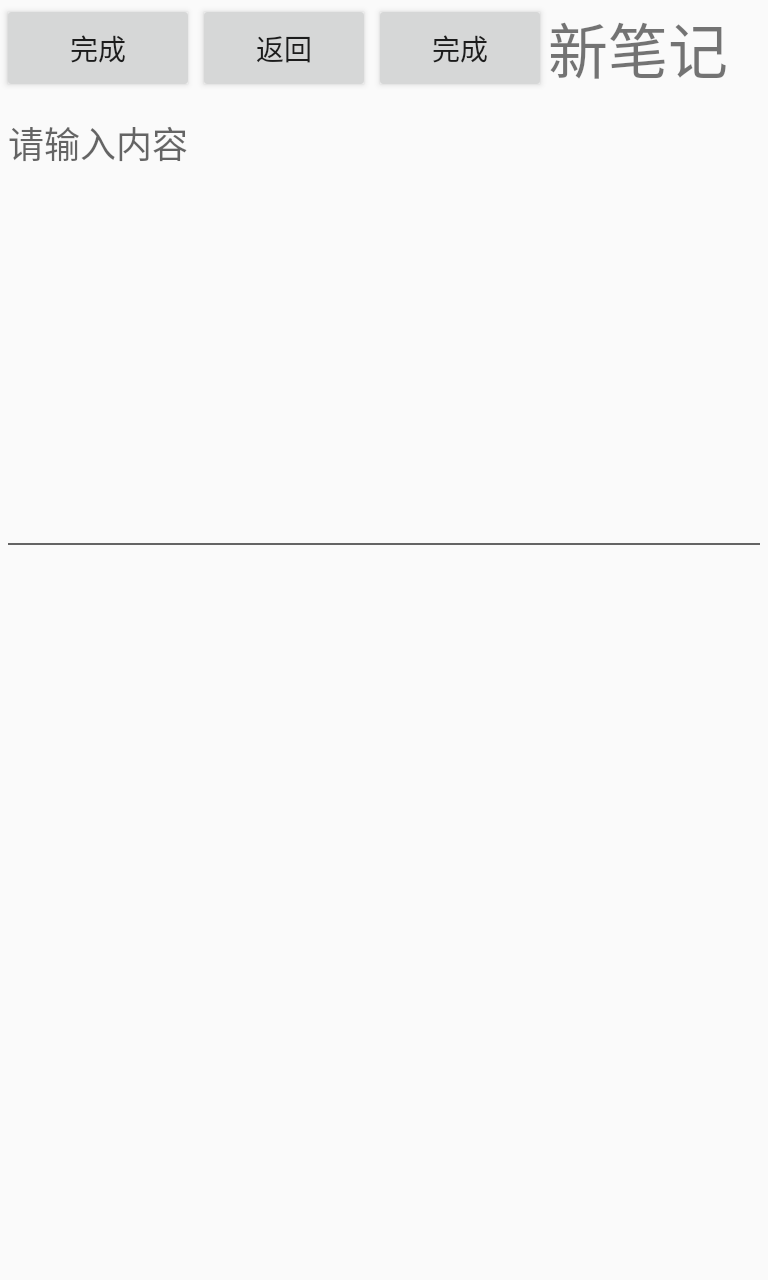
Repository: mxfpaul/Test
Layout: Note/MyNote2/res/layout/newnote.xml
These files come from the project's save history. The layout is drawn as it stood at one moment and after the next save; the edit follows.
It is drawn on a 768 x 1280 px phone screen (xhdpi) without system bars, with theme AppTheme; the app's code is not run.

Above is the layout before, as saved 2014-11-22 03:03:49.

### Note/MyNote2/res/layout/newnote.xml
<?xml version="1.0" encoding="utf-8"?>
<TableLayout xmlns:android="http://schemas.android.com/apk/res/android"
    android:layout_width="match_parent"
    android:layout_height="wrap_content"
    android:orientation="vertical" >

    <TableRow
        android:id="@+id/new_row1"
        android:layout_width="match_parent"
        android:layout_height="wrap_content"
         >

        <Button
            android:id="@+id/new_button_new"
            android:text="@string/new_button_text2" />
        <Button
            android:id="@+id/new_button_setting"
            android:text="@string/new_button_text1" />



        <Button
            android:id="@+id/new_button_new"
            android:text="@string/new_button_text2" />

        <TextView
            android:id="@+id/new_textview_all"
            android:layout_width="wrap_content"
            android:layout_gravity="center"
            android:text="@string/new_textview_text"
            android:textSize="30sp" />
		<!--
        <TextView
            android:id="@+id/new_textview_all"
            android:layout_gravity="center"

            android:text="@string/new_textview_text"
            android:textSize="30sp" />

        <Button
            android:id="@+id/new_button_new"

            android:text="@string/new_button_text2" />
            -->
    </TableRow>

    <TableRow
        android:id="@+id/new_row2"
        android:layout_width="match_parent" >

        <EditText
            android:id="@+id/new_edittext_content"
            android:layout_width="match_parent"
            android:layout_height="wrap_content"
            android:layout_weight="1"
            android:gravity="top"
            android:hint="@string/new_edittext_text"
            android:lines="10" />
    </TableRow>

</TableLayout>

### Note/MyNote2/res/values/strings.xml
<?xml version="1.0" encoding="utf-8"?>
<resources>

    <string name="app_name">MyNote2</string>
    <string name="hello_world">Hello world!</string>
    <string name="action_settings">Settings</string>
    <string name="home_button_text1">设置</string>
    <string name="home_button_text2">新建</string>
    <string name="home_textview_text">全部笔记</string>
    <string name="new_button_text1">返回</string>
    <string name="new_button_text2">完成</string>
    <string name="new_textview_text">新笔记</string>
    <string name="view_button_text1">返回</string>
    <string name="view_button_text2">更改</string>
    <string name="view_textview_text">待录入</string>
    <string name="new_edittext_text">请输入内容</string>

</resources>

Loaded but not shown: Note/MyNote2/res/values/styles.xml (common file); Note/MyNote2/res/values-v11/styles.xml (common file); Note/MyNote2/res/values-v14/styles.xml (common file)

After the next save:
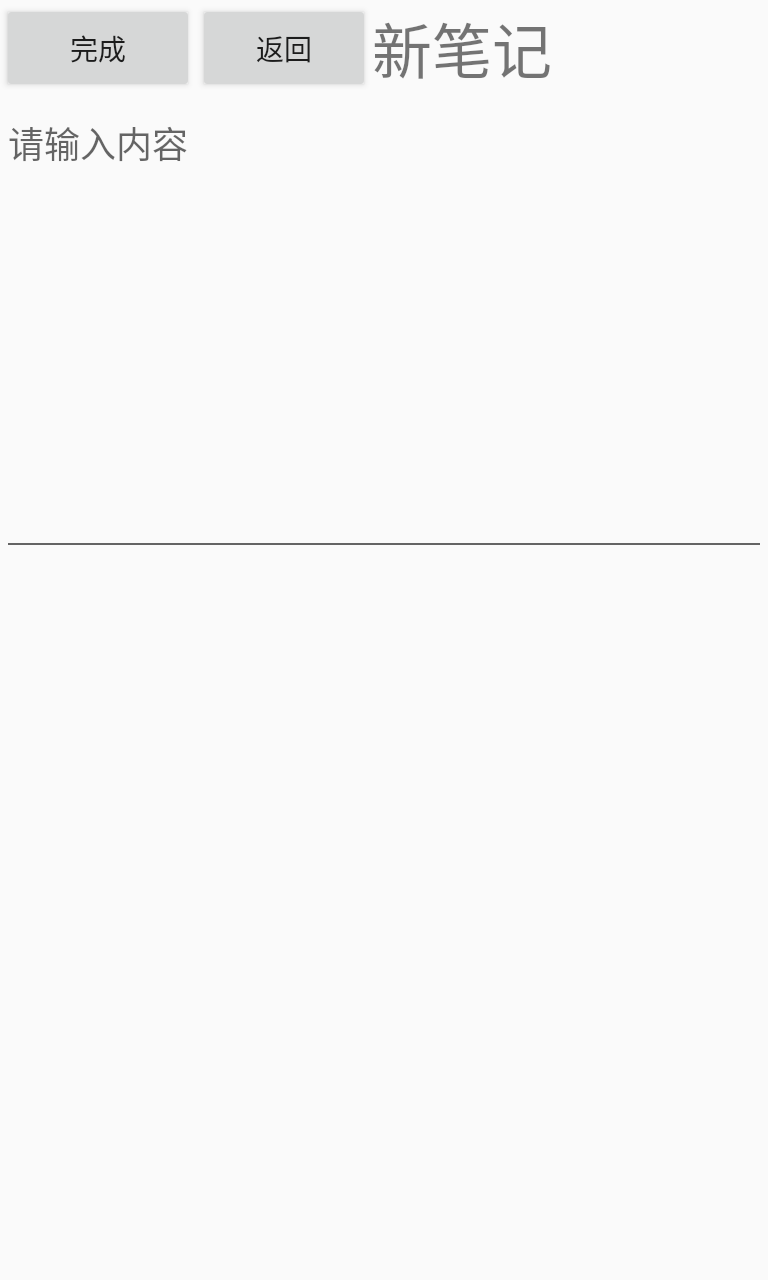
Saved 12 s later.
--- a/Note/MyNote2/res/layout/newnote.xml
+++ b/Note/MyNote2/res/layout/newnote.xml
@@ -19,9 +19,6 @@
 
 
 
-        <Button
-            android:id="@+id/new_button_new"
-            android:text="@string/new_button_text2" />
 
         <TextView
             android:id="@+id/new_textview_all"
